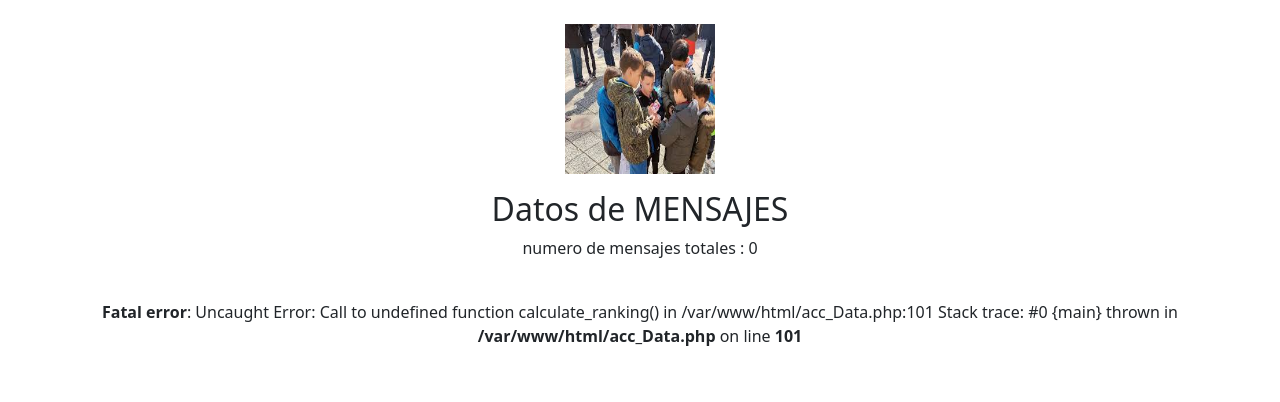
Repository: MAFernandezGraciani/SMA_ACC_2024_2025
Page: http://localhost/acc_Data.php
These files come from the project's save history. The page is drawn as it stood at one moment and after the next save; the edit follows.
The browser window is 1280 px wide. The pictures show the whole page.
The page is run by PHP 8.4 with error messages shown; the project is at /var/www/html/. Queries for data that is not in the repository find no rows.

Above is the page before, as saved 2024-11-30 09:52:14.

After the next save:
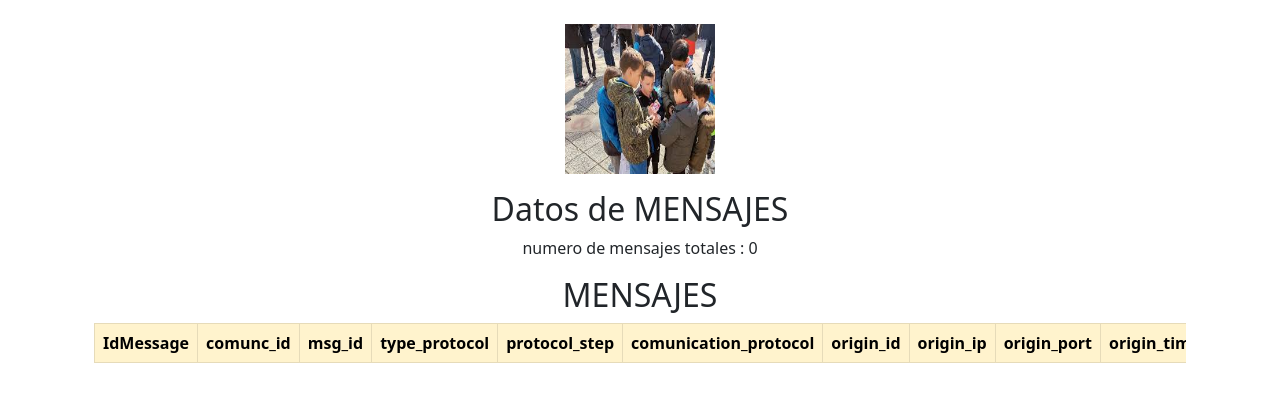
Saved 107 s later.
--- a/2024_2025_web/acc_data/acc_Data.php
+++ b/2024_2025_web/acc_data/acc_Data.php
@@ -94,14 +94,7 @@ else  // Si la consulta no falla buscamos entre los descendientes la instancia d
 
 	  <!-- Inicio caja de mensajes -->
 	  <div class='container mt-3'>
-		<?php
-
-		$ranking = array();
-
-		$ranking = calculate_ranking($ranking, $IdCompetition, $conexion_BBDD);
-		$num_competidores = count($ranking, COUNT_NORMAL);
-		?>
-	  	<h2>RANKING. Players = <?php echo $num_competidores; ?> </h2>
+	  	<h2>MENSAJES</h2>
       	  <!-- Inicio lista de mensajes -->
 		  <div class="table-responsive">
 		    <table class="table table-bordered">
